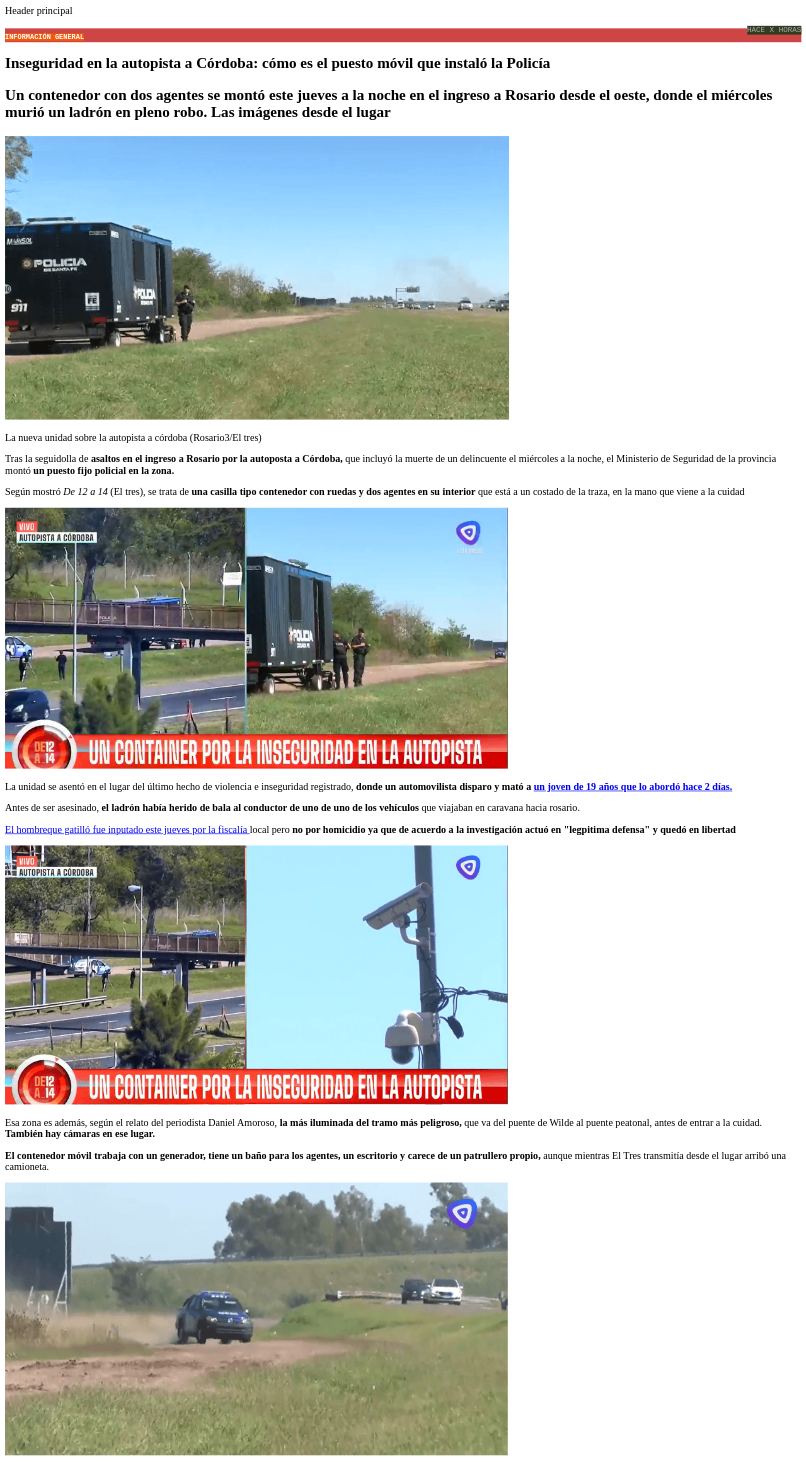
Repository: Larrowo/LPPA
Page: Clase 2/index.html
These files come from the project's save history. The page is drawn as it stood at one moment and after the next save; the edit follows.
The browser window is 1280 px wide. The pictures show the whole page, at 63% of full size.

Above is the page before, as saved 2022-04-16 16:56:04.

### Clase 2/index.html
<!DOCTYPE html>
<html lang="en">
<head>
    <meta charset="UTF-8">
    <meta http-equiv="X-UA-Compatible" content="IE=edge">
    <meta name="viewport" content="width=device-width, initial-scale=1.0">
    <title>Noticia LPPA</title>
    <link rel="stylesheet" href="style.css">
</head>
<body>
    <header>
        Header principal
    </header>
    <main class="conteiner">
        <article class="articulo">
            <div class="notaMainPart">
                <div class="notaTopPart">
                    <div class="volanta">
                        <h3 class="claseNoticia">
                            <a class="linkClaseNoticia" href="https://www.rosario3.com/seccion/informacion-general" style="text-decoration:none">Información General</a>
                        </h3>
                        <p class="fecha-nota"><time>Hace x Horas</time></p>

                    </div>
                    <h1>
                        Inseguridad en la autopista a Córdoba: cómo es el puesto móvil que instaló la Policía
                    </h1>
                    <h2>
                        <p>
                            Un contenedor con dos agentes se montó este jueves a la noche en el ingreso a Rosario desde el oeste, donde el miércoles murió un ladrón en pleno robo. Las imágenes desde el lugar
                        </p>
                    </h2>
                    <div class="fotoPrincipal">
                        <img src="/Clase 2/photos/fotoPrincipal.png" alt="">

                    </div>
                    <div class="descripcionFoto">
                        <p>La nueva unidad sobre la autopista a córdoba (Rosario3/El tres)</p>
                    </div>
                </div>
                <div class="cuerpoNota">
                    <p>Tras la seguidolla de <strong> asaltos en el ingreso a Rosario por la autoposta a Córdoba,</strong> que incluyó la muerte de un delincuente el miércoles a la noche, el Ministerio de Seguridad de la provincia montó <strong>un puesto fijo policial en la zona.</strong></p>
                    <p>Según mostró <em>De 12 a 14</em> (El tres), se trata de <strong>una casilla tipo contenedor con ruedas y dos agentes en su interior</strong> que está a un costado de la traza, en la mano que viene a la cuidad</p>
                    <div class="segundaImagen">
                        <img src="/Clase 2/photos/segundaImagen.png" alt="">
                    </div>
                    <p>La unidad se asentó en el lugar del último hecho de violencia e inseguridad registrado, <strong>donde un automovilista disparo y mató a <a href="https://www.rosario3.com/policiales/Quien-era-y-que-se-sabe-del-crimen-del-ladron-en-la-autopista-Rosario-Cordoba-20220414-0011.html" target="_blank"> un joven de 19 años que lo abordó hace 2 días.</a></strong></p>
                    <p>Antes de ser asesinado, <strong>el ladrón había herido de bala al conductor de uno de uno de los vehículos </strong>que viajaban en caravana hacia rosario.</p>
                    <p><a href="https://www.rosario3.com/policiales/Ladron-muerto-en-la-autopista-imputaron-al-automovilista-pero-bajo-legitima-defensa-20220414-0082.html" target="_blank">El hombreque gatilló fue inputado este jueves por la fiscalía </a>local pero <strong>no por homicidio ya que de acuerdo a la investigación actuó en "legpitima defensa" y quedó en libertad</strong></p>
                    <div class="terceraImagen">
                        <img src="/Clase 2/photos/terceraImagen.png" alt="">
                    </div>
                    <p>Esa zona es además, según el relato del periodista Daniel Amoroso, <strong>la más iluminada del tramo más peligroso,</strong> que va del puente de Wilde al puente peatonal, antes de entrar a la cuidad. <Strong>También hay cámaras en ese lugar.</Strong></p>
                    <p><strong>El contenedor móvil trabaja con un generador, tiene un baño para los agentes, un escritorio y carece de un patrullero propio,</strong> aunque mientras El Tres transmitía desde el lugar arribó una camioneta.</p>
                    <div class="cuartaImagen">
                        <img src="/Clase 2/photos/cuartaImagen.png" alt="">
                    </div>
                </div>
            </div>
        </article>
    </main>
</body>
</html>

### Clase 2/style.css
.fecha-nota{
   font-family: "Space Mono", monospace;
   color: #adadad;
   text-transform: uppercase;
   font-size: 12px;
   position: absolute;
   bottom: 0;
   right: 0;
   background-color: #333c23
}

.linkClaseNoticia{
    color: #ffffff;
    background-color: #f15a08;
    text-transform: uppercase;
    font-size:11px;
    font-family: "Space Mono", monospace;
}

.volanta{
    position: relative;
    background-color: #cd4545;
}

After the next save:
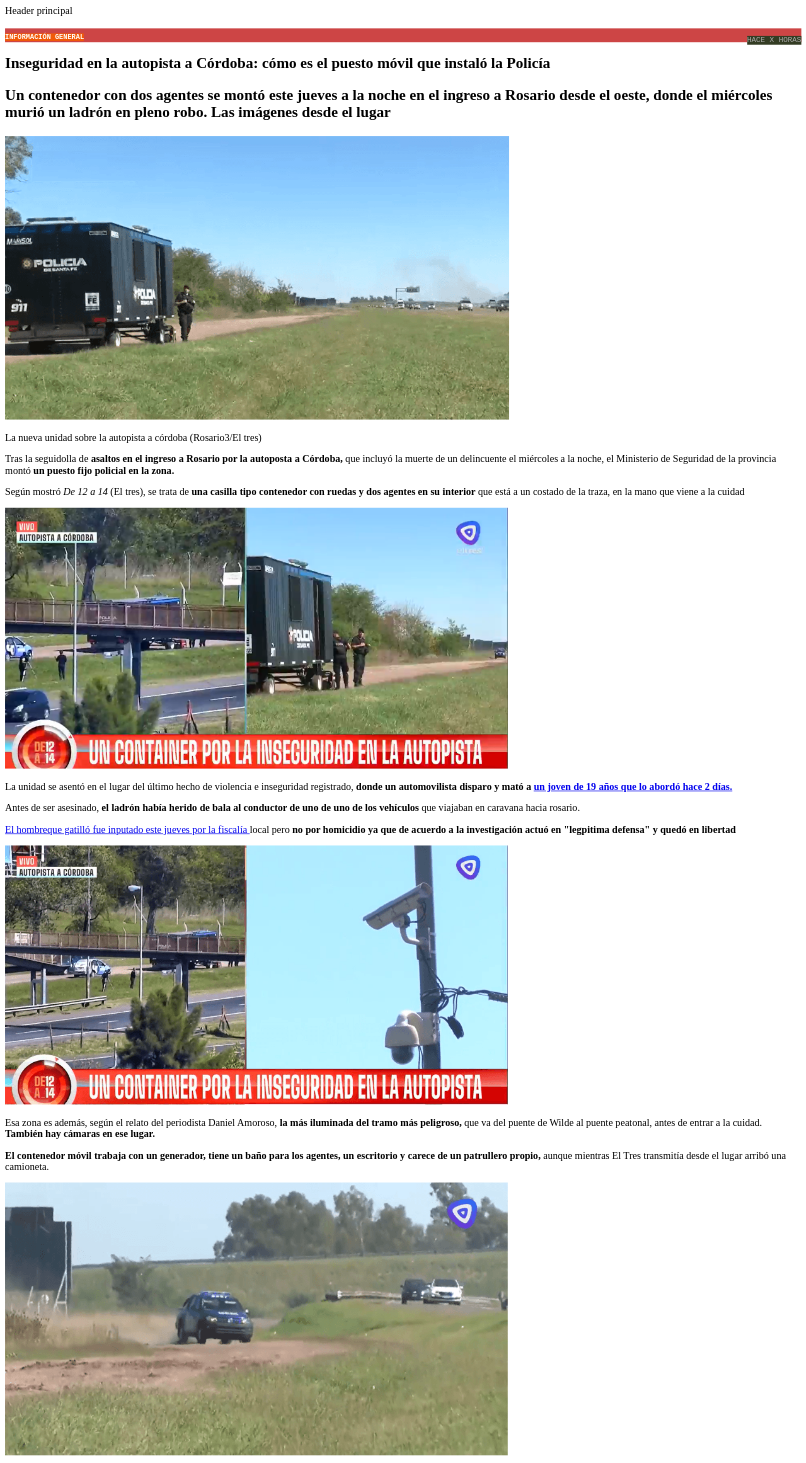
Saved 88 s later.
--- a/Clase 2/style.css
+++ b/Clase 2/style.css
@@ -4,7 +4,7 @@
    text-transform: uppercase;
    font-size: 12px;
    position: absolute;
-   bottom: 0;
+   top: 0;
    right: 0;
    background-color: #333c23
 }
